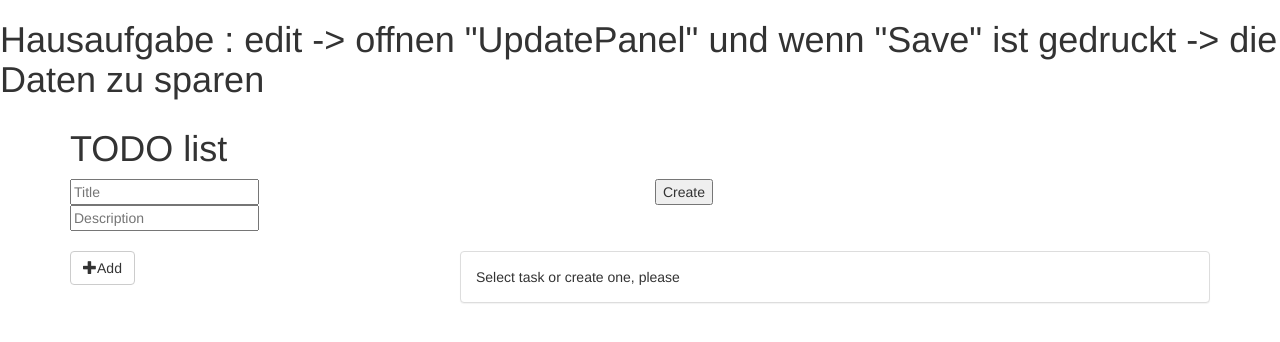
Repository: 3phase/my-ip-2015-2016
Page: 04_SampleAjax/WebContent/index.html
An editor plug-in stored every save of this project. The page is shown before and after the next save, followed by the edit.
The browser window is 1280 px wide. The pictures show the whole page.
The page's requests for data from a server got no answer.

Above is the page before, as saved 2015-12-18 16:35:54.

### 04_SampleAjax/WebContent/index.html
<!DOCTYPE html>
<html>
	<head>
		<meta charset="utf-8">
		<title>Todo</title>

		<link rel="stylesheet" href="libs/bootstrap-3.3.6-dist/css/bootstrap.css" />
	</head>
	<body>
	<h1>Hausaufgabe : edit -> offnen "UpdatePanel" und wenn "Save" ist gedruckt -> die Daten zu sparen</h1>
		<div class="container">
			<h1>TODO list</h1>
			<div class="row">
				<div class="col-sm-6">
					<input type="text" class="title" placeholder="Title"><br>
					<input type="text" class="description" placeholder="Description">
				</div>
				<div class="col-sm-6">
					<input type="submit" class="submit" value="Create">
				</div>
			</div>
			<div class="clear"></div>
			<br>
			<div class="row">
				<div class="col-sm-3">
					<div class="form-group">
						<button type="button" class="btn btn-default" id="addTaskButton"><span class="glyphicon glyphicon-plus"></span>Add</button>
					</div>
					<ul class="list-group" id="tasksList">
						<!--
						<li class="list-group-item">task1</li>
						<li class="list-group-item">task2</li>
						<li class="list-group-item">task3</li>
						-->
					</ul>
				</div>
				<div class="col-sm-offset-1 col-sm-8">
					<div class="panel panel-default" id="emptyPanel">
						<div class="panel-body">
							Select task or create one, please
						</div>
					</div>

					<div class="panel panel-default" id="readPanel" style="display: none;">
						<div class="panel-heading task-title"></div>
						<div class="panel-body">
							<form class="form-horizontal">
								<div class="form-group">
									<label class="col-sm-2">Title</label>
									<div class="col-sm-10 task-title"></div>
								</div>
								<div class="form-group">
									<label class="col-sm-2">Description</label>
									<pre class="col-sm-10 task-description"></pre>
								</div>
								<div class="form-group">
									<div class="col-sm-offset-2 col-sm-5">
										<button type="button" class="btn btn-primary task-action-ok">Edit</button>
										<button type="button" class="btn btn-default task-action-cancel">Cancel</button>
									</div>
									<div class="col-sm-offset-3 col-sm-2">
										<button type="button" class="btn btn-danger task-action-remove">Delete</button>
									</div>
								</div>
							</form>
						</div>
					</div>

					<div class="panel panel-default" id="updatePanel" style="display: none;">
						<div class="panel-heading task-title">Edit task</div>
						<div class="panel-body">
							<form class="form-horizontal">
								<div class="form-group">
									<label class="col-sm-2">Title</label>
									<div class="col-sm-10">
										<input type="text" name="title" class="form-control"/>
									</div>
								</div>
								<div class="form-group">
									<label class="col-sm-2">Description</label>
									<div class="col-sm-10">
										<textarea name="description" rows="8" cols="40" class="form-control"></textarea>
									</div>
								</div>
								<div class="form-group">
									<div class="col-sm-offset-2 col-sm-10">
										<button type="button" class="btn btn-primary task-action-ok">Save</button>
										<button type="button" class="btn btn-default task-action-cancel">Cancel</button>
									</div>
								</div>
							</form>
						</div>
					</div>
					<div class="panel panel-default" id="createPanel" style="display: none;">
						<div class="panel-heading">Create Task</div>
						<div class="panel-body">
							<form class="form-horizontal">
								<div class="form-group">
									<label class="col-sm-2">Title</label>
									<div class="col-sm-10">
										<input type="text" name="title" class="form-control "/>
									</div>
								</div>
								<div class="form-group">
									<label class="col-sm-2">Description</label>
									<div class="col-sm-10">
										<textarea name="description" rows="8" cols="40" class="form-control"></textarea>
									</div>
								</div>
								<div class="form-group">
									<div class="col-sm-offset-2 col-sm-10">
										<button type="button" class="btn btn-primary task-action-ok">OK</button>
										<button type="button" class="btn btn-default task-action-cancel">Cancel</button>
									</div>
								</div>
							</form>
						</div>
					</div>

				</div>
			</div>
		</div>

		<script type="text/javascript" src="libs/jquery-2.1.4.js"></script>
		<script type="text/javascript" src="libs/lodash-3.10.1.js"></script>
		<script type="text/javascript" src="scripts/todoList.js"></script>
	</body>
</html>

### 04_SampleAjax/WebContent/scripts/todoList.js
$(document).ready(function() {
	"use strict";

	// class hand-written
	function written() {
		$(".submit").on("click", function() {
			var ENDPOINT = "http://localhost:3000/tasks";
			var title = $(".title").val();
			var descr = $(".description").val();

			var task = {
				title: title,
				description: descr
			};

			$.ajax(ENDPOINT, {
				method: "POST",
				contentType: "application/json; charset=utf-8",
				data: JSON.stringify(task),
				dataType: "json"
			}).then(function(response){
				console.log(response);
				return response
			});
		});
	}
	// end

	var ENDPOINT = "http://localhost:3000/tasks";


	function showTaskView(task) {
		$("#readPanel .task-title").text(task.title);
		$("#readPanel .task-description").text(task.description);
		showPanel("readPanel")
	}

	function getSingleTask(id) {
		return $.ajax(ENDPOINT + "/" + id, {
			method: "GET",
			dataType: "json"
		});
	}

	function getAllTasks() {
		return $.ajax(ENDPOINT, {
			method: "GET",
			dataType: "json"
		})
	}

	function showPanel(panelName) {
		var ALL_PANELS = ["emptyPanel", "readPanel", "updatePanel", "createPanel"];
		_.forEach(ALL_PANELS, function(nextValue) {
				$("#" + nextValue).hide();
		});
		$("#" + panelName).show();
	}

	function reloadTasks() {
		getAllTasks().then(function(response) {
			function addTaskToList(task) {
				var newItem = $("<li />");
				newItem.text(task.title);
				newItem.addClass("list-group-item");
				newItem.attr("data-task-id", task.id);
				$("#tasksList").append(newItem);
			}

			$("#tasksList").html("");
			_.forEach(response, addTaskToList);

		});
	}

	function attachHandlers() {
		$(document).on("click", "#tasksList [data-task-id]", function() {
			var taskId = $(this).attr("data-task-id");

			getSingleTask(taskId).then(showTaskView);	// showTaskView -> receiving one arg from then

		});
		$(".task-action-cancel").click(function() {
			showPanel("emptyPanel");
		});
	}

	attachHandlers();
	reloadTasks();

});

Loaded but not shown: 04_SampleAjax/WebContent/libs/bootstrap-3.3.6-dist/css/bootstrap.css (library); 04_SampleAjax/WebContent/libs/jquery-2.1.4.js (library); 04_SampleAjax/WebContent/libs/lodash-3.10.1.js (library)

After the next save:
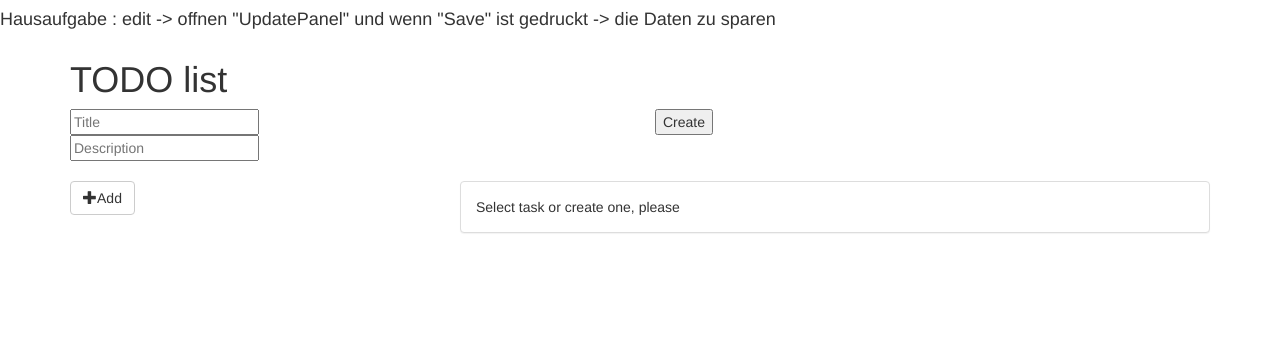
Saved 20 s later.
--- a/04_SampleAjax/WebContent/index.html
+++ b/04_SampleAjax/WebContent/index.html
@@ -7,7 +7,7 @@
 		<link rel="stylesheet" href="libs/bootstrap-3.3.6-dist/css/bootstrap.css" />
 	</head>
 	<body>
-	<h1>Hausaufgabe : edit -> offnen "UpdatePanel" und wenn "Save" ist gedruckt -> die Daten zu sparen</h1>
+	<h4>Hausaufgabe : edit -> offnen "UpdatePanel" und wenn "Save" ist gedruckt -> die Daten zu sparen</h4>
 		<div class="container">
 			<h1>TODO list</h1>
 			<div class="row">
